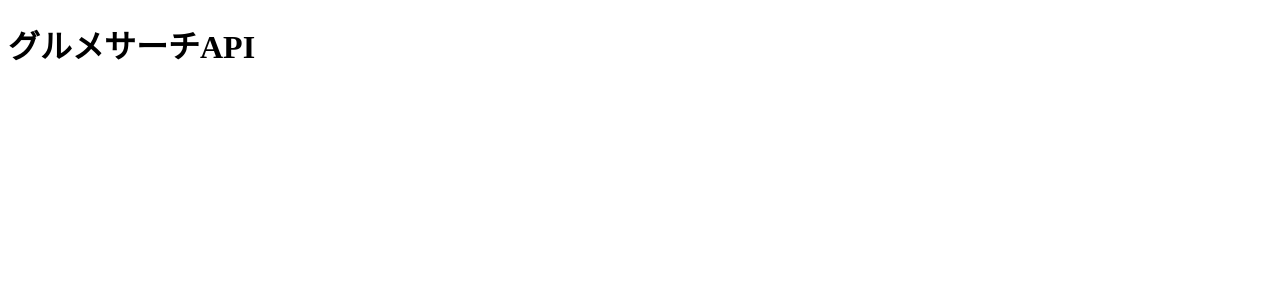
Repository: kanshu-1118/gpt-schoollife
Page: /
The author's editor kept a copy of each file at every save. The page is drawn from the files as they stood at one save, then again after the next save.
The browser window is 1280 px wide. The pictures show the whole page.
The page's requests for data from a server got no answer. The project was rebuilt for these pictures with package versions that can differ from the ones it lists, and the page was loaded fresh each time. The framework's server and built-in components were replaced by stand-ins that run in the browser. No one was signed in, and anything a server would have sent is missing. Also part of the build but not shown: next.config.js.

Above is the page before, as saved 2023-05-18 14:18:29.

After the next save:
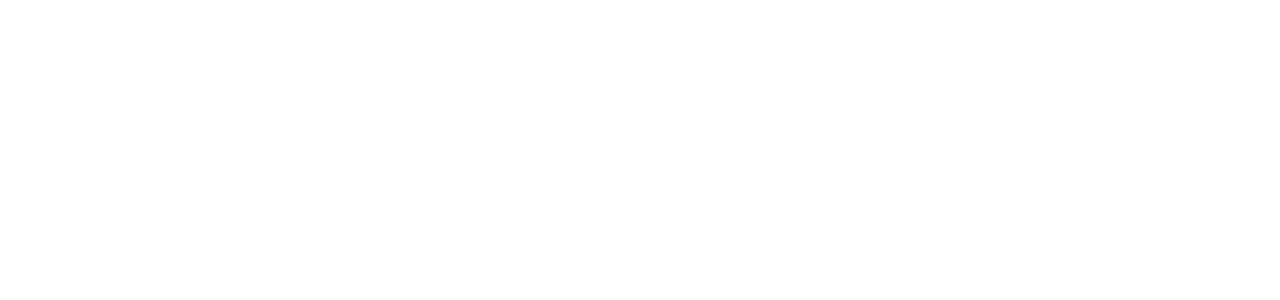
Saved 26 s later.
--- a/src/pages/index.tsx
+++ b/src/pages/index.tsx
@@ -18,15 +18,15 @@
     fetchUsers()
   },[])
   {
-    // shops.map((e,i)=>{
+    shops.map((e,i)=>{
       return (
         <>
           <div>
             <h1>グルメサーチAPI</h1>
-            <p>{}</p>
+            <p>{e}</p>
           </div>
         </>
       )
-    // })
+    })
   }
 }

After the 2 saves that followed:
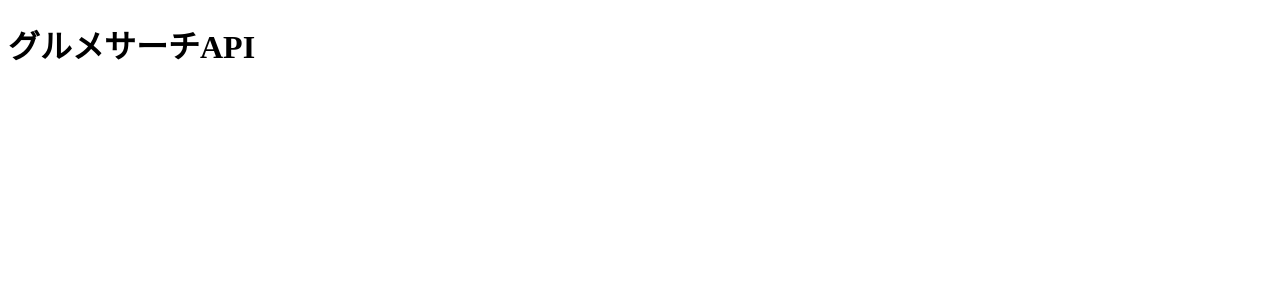
The 2 saves are shown as one change because 1 left the picture as it was.
The last was saved 30 s later.
--- a/src/pages/index.tsx
+++ b/src/pages/index.tsx
@@ -18,15 +18,15 @@
     fetchUsers()
   },[])
   {
-    shops.map((e,i)=>{
+    // shops.map((e,i)=>{
       return (
         <>
           <div>
             <h1>グルメサーチAPI</h1>
-            <p>{e}</p>
+            <p>{}</p>
           </div>
         </>
       )
-    })
+    // })
   }
 }
